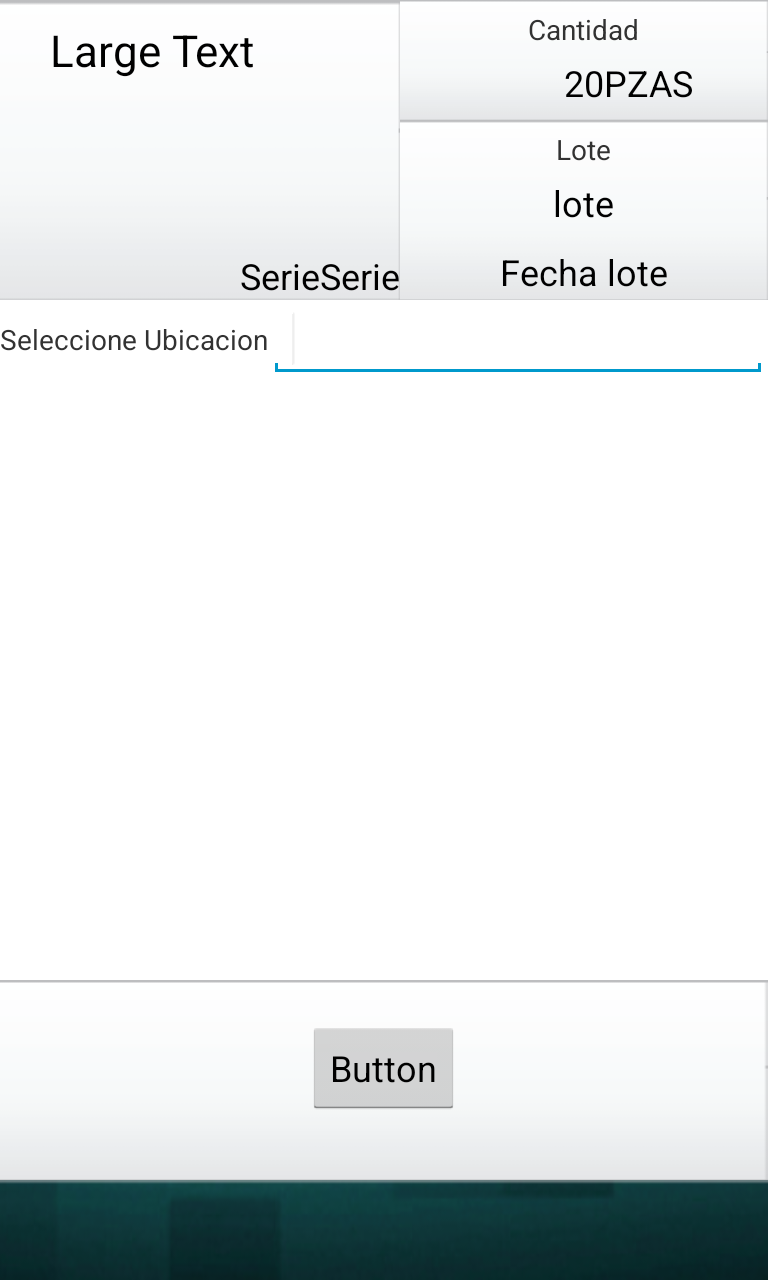
Repository: moynard/PeanutAndroid
Layout: WHSStorekeeper/res/layout/detail_arrivados.xml
An editor plug-in stored every save of this project. The layout is shown before and after the next save, followed by the edit.
It is drawn on a 768 x 1280 px phone screen (xhdpi) without system bars, with theme AppTheme; the app's code is not run.

Above is the layout before, as saved 2013-07-25 01:31:38.

### WHSStorekeeper/res/layout/detail_arrivados.xml
<?xml version="1.0" encoding="utf-8"?>
<RelativeLayout xmlns:android="http://schemas.android.com/apk/res/android"
    android:layout_width="match_parent"
    android:layout_height="match_parent"
    android:orientation="vertical" >

    <RelativeLayout
       android:id="@+id/layoutProducto"
        android:layout_width="200dp"
        android:layout_height="150dp"
        android:layout_alignParentLeft="true"
        android:layout_alignParentTop="true"
        android:background="@drawable/bgproducto"
         >

        <TextView
            android:id="@+id/txtProducto"
            android:layout_width="150dp"
            android:layout_height="wrap_content"
            android:layout_below="@+id/lblProducto"
            android:layout_centerHorizontal="true"
            android:layout_marginTop="10dp"
            android:lines="4"

            android:text="Large Text"
            android:textAppearance="?android:attr/textAppearanceLarge" />
<TextView
                    android:id="@+id/lblserie"
                    android:layout_width="wrap_content"
                    android:layout_height="wrap_content"
                    android:layout_alignParentBottom="true"
                    android:text="Serie"
                    android:layout_toLeftOf="@+id/txtSerie"
                    android:textAppearance="?android:attr/textAppearanceMedium" />
                <TextView
                    android:id="@+id/txtSerie"
                    android:layout_width="wrap_content"
                    android:layout_height="wrap_content"
                    android:layout_alignParentBottom="true"
                    android:layout_alignParentRight="true"
                    android:text="Serie"
                    android:textAppearance="?android:attr/textAppearanceMedium" />



    </RelativeLayout>
    <RelativeLayout
        android:id="@+id/layoutCantidad"
        android:layout_toRightOf="@+id/layoutProducto"
        android:layout_width="fill_parent"
        android:layout_height="60dp"

        android:background="@drawable/bgproducto"
         >
         <TextView
                android:id="@+id/lblCantidad"
                android:layout_width="wrap_content"
                android:layout_height="wrap_content"
                android:layout_alignParentTop="true"
                android:layout_centerHorizontal="true"
                android:layout_marginTop="5dp"
                android:text="Cantidad"
                android:textAppearance="?android:attr/textAppearanceSmall" />
            <TextView
                android:id="@+id/txtCantidad"
                android:layout_width="wrap_content"
                android:layout_height="wrap_content"
                             android:layout_centerHorizontal="true"

                android:layout_below="@+id/lblCantidad"
                android:layout_marginTop="5dp"
                android:text="20"
                android:textAppearance="?android:attr/textAppearanceMedium" />
            <TextView
                android:id="@+id/txtUnidad"
                android:layout_width="wrap_content"
                android:layout_height="wrap_content"
                android:layout_below="@+id/lblCantidad"
                android:layout_toRightOf="@+id/txtCantidad"
                android:layout_marginTop="5dp"
                android:text="PZAS"
                android:textAppearance="?android:attr/textAppearanceMedium" />


    </RelativeLayout>
    <RelativeLayout
        android:id="@+id/layoutLote"
        android:layout_toRightOf="@+id/layoutProducto"
        android:layout_below="@+id/layoutCantidad"
        android:layout_width="fill_parent"
        android:layout_height="90dp"
        android:background="@drawable/bgproducto"
         >
            <TextView
                android:id="@+id/lbLote"
                android:layout_width="wrap_content"
                android:layout_height="wrap_content"
                android:layout_alignParentTop="true"
                android:layout_centerHorizontal="true"
                android:layout_marginTop="5dp"
                android:text="Lote"
                android:textAppearance="?android:attr/textAppearanceSmall" />
            <TextView
                android:id="@+id/txtlote"
                android:layout_width="wrap_content"
                android:layout_height="wrap_content"
                android:layout_below="@+id/lbLote"
                android:layout_marginTop="5dp"
                                android:layout_centerHorizontal="true"

                android:text="lote"
                android:textAppearance="?android:attr/textAppearanceMedium" />
             <TextView
                android:id="@+id/txtFecalote"
                android:layout_width="wrap_content"
                android:layout_height="wrap_content"
                android:layout_below="@+id/txtlote"
                android:layout_marginTop="10dp"
                android:text="Fecha lote"
                android:layout_centerHorizontal="true"

                android:textAppearance="?android:attr/textAppearanceMedium" />

    </RelativeLayout>

    <RelativeLayout
        android:id="@+id/layoutinfo"
        android:layout_width="fill_parent"
        android:layout_height="150dp"
        android:layout_alignParentLeft="true"
        android:layout_below="@+id/layoutProducto"
         >
             <TextView
                     android:id="@+id/lblUbicacion"
                     android:layout_width="wrap_content"
                     android:layout_height="wrap_content"
                      android:layout_alignParentLeft="true"
					android:layout_marginTop="10dp"
                     android:text="Seleccione Ubicacion"

                      />

                  <AutoCompleteTextView
                 android:id="@+id/autocomplete"
                 android:layout_width="fill_parent"
                 android:layout_height="wrap_content"

                android:layout_toRightOf="@+id/lblUbicacion"
                 android:ems="10"
                 android:singleLine="true" >
                 <requestFocus />
             </AutoCompleteTextView>

    </RelativeLayout>

     <RelativeLayout
         android:id="@+id/layoutFoter"
         android:layout_width="fill_parent"
         android:layout_height="50dp"
         android:layout_alignParentBottom="true"
         android:layout_alignParentLeft="true"
         android:background="@drawable/bgfoot" >
     </RelativeLayout>

     <RelativeLayout
         android:id="@+id/layoutBoton2"
         android:layout_width="fill_parent"
         android:layout_height="100dp"
         android:layout_above="@+id/layoutFoter"
         android:layout_alignParentLeft="true"
         android:background="@drawable/bgproducto" >

         <Button
             android:id="@+id/sendUbicacion"
             android:layout_width="wrap_content"
             android:layout_height="wrap_content"
             android:layout_below="@+id/autocomplete"
             android:layout_centerHorizontal="true"
             android:layout_marginTop="20dp"
             android:text="Button" />
     </RelativeLayout>

</RelativeLayout>

Loaded but not shown: WHSStorekeeper/res/values/styles.xml (common file); WHSStorekeeper/res/values-v11/styles.xml (common file); WHSStorekeeper/res/values-v14/styles.xml (common file)

After the next save:
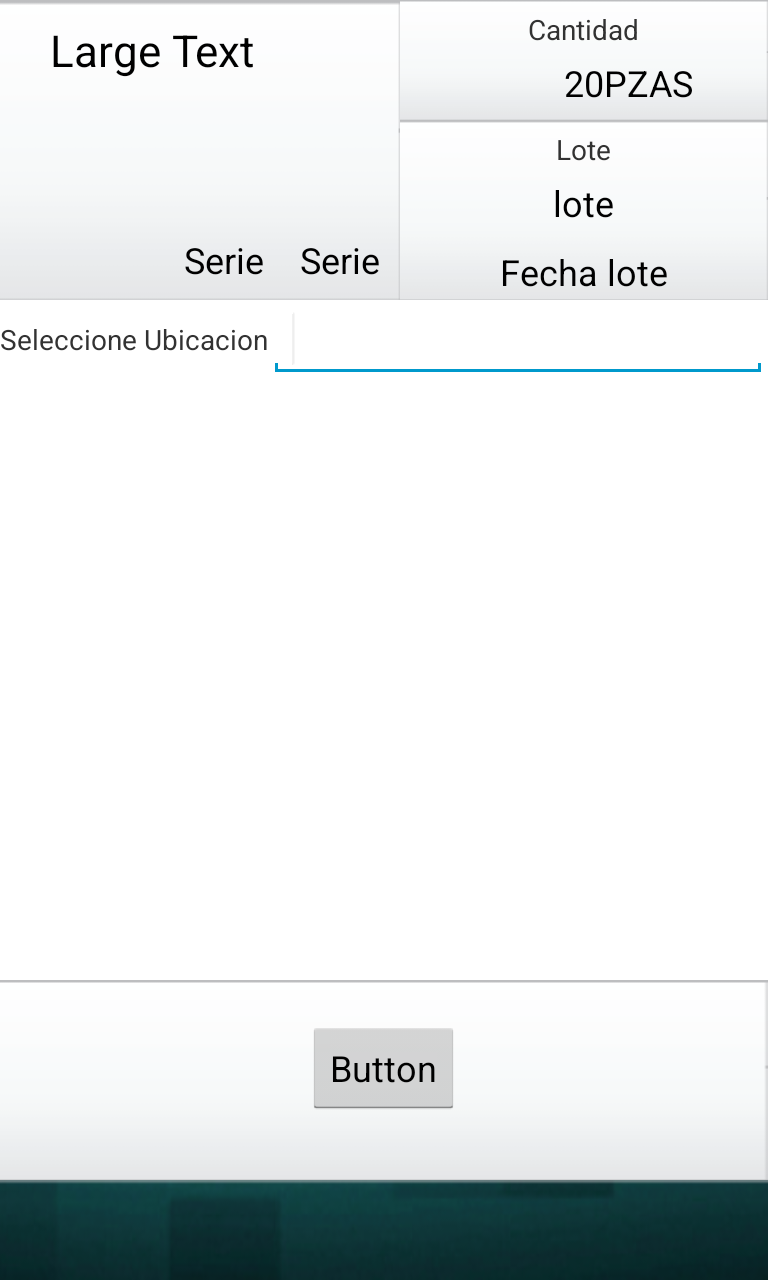
Saved 3 min 32 s later.
--- a/WHSStorekeeper/res/layout/detail_arrivados.xml
+++ b/WHSStorekeeper/res/layout/detail_arrivados.xml
@@ -24,24 +24,27 @@
 
             android:text="Large Text"
             android:textAppearance="?android:attr/textAppearanceLarge" />
-<TextView
+
+                <TextView
                     android:id="@+id/lblserie"
                     android:layout_width="wrap_content"
                     android:layout_height="wrap_content"
-                    android:layout_alignParentBottom="true"
+                    android:layout_below="@+id/txtProducto"
+                    android:layout_marginRight="18dp"
+                    android:layout_toLeftOf="@+id/txtSerie"
                     android:text="Serie"
-                    android:layout_toLeftOf="@+id/txtSerie"
                     android:textAppearance="?android:attr/textAppearanceMedium" />
+
                 <TextView
                     android:id="@+id/txtSerie"
                     android:layout_width="wrap_content"
                     android:layout_height="wrap_content"
-                    android:layout_alignParentBottom="true"
+                    android:layout_alignBaseline="@+id/lblserie"
+                    android:layout_alignBottom="@+id/lblserie"
                     android:layout_alignParentRight="true"
+                    android:layout_marginRight="10dp"
                     android:text="Serie"
                     android:textAppearance="?android:attr/textAppearanceMedium" />
-
-
 
     </RelativeLayout>
     <RelativeLayout
